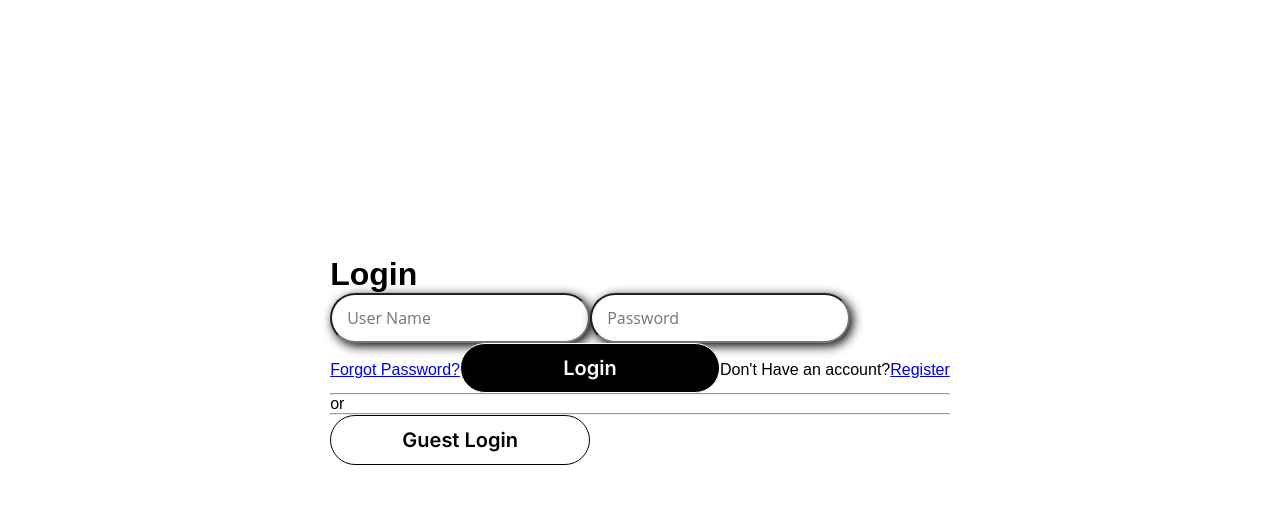
Repository: Cherced/virtualassistant
Page: /Draft
The author's editor kept a copy of each file at every save. The page is drawn from the files as they stood at one save, then again after the next save.
The browser window is 1280 px wide. The pictures show the whole page.
The project was rebuilt for these pictures with package versions that can differ from the ones it lists, and the page was loaded fresh each time. The framework's server and built-in components were replaced by stand-ins that run in the browser.

Above is the page before, as saved 2022-07-15 14:50:35.

### pages/_app.js
import '../sass/global.scss';


const MyApp = ({ Component, pageProps }) => {
    return <Component {...pageProps} />
  }


export default MyApp

### pages/_document.js
import { Html, Head, Main, NextScript } from 'next/document'

export default function Document() {

  return (
    <Html lang="en">
      <Head />
      <body>
        <Main />
        <div id="portal"></div>
        <NextScript />
      </body>
    </Html>
  )
}

### pages/Draft.jsx
import React from 'react'
import { LoginForm } from '../components/molecules/login/LoginForm'



const Draft = () => {
  return (
    <div className="Draft">
      <LoginForm/>
    </div>
  )
}

export default Draft

### sass/global.scss
@import './vars';
@import './components';
@import './pages/draft';
@import './pages/welcome';
@import './pages/welcomeS';
@import './pages/login';

### components/molecules/login/LoginForm.jsx
import React from 'react'
import Link from 'next/link'
import { BasicInput } from '../../atoms/inputs/BasicInput'
import { BasicButton } from '../../atoms/buttons/BasicButton'

export const LoginForm = () => {
    const sendUserAuth = () => {
        console.log("SEEEENDEED")
    }
  return (
    <form className="loginForm" onSubmit={()=> sendUserAuth()}>
        <h1 className="loginForm__title--h1">Login</h1>
        <div className="loginForm__inputs--container">
        <BasicInput type="text" placeholder="User Name" id="user" name="user" />
        <BasicInput type="password" placeholder="Password" id="passWord" name="passWord" />
        </div>
        <Link href="#">
        <a className="loginForm__ancord">Forgot Password?</a>
        </Link>
        <BasicButton color="black" type="submit" title="Login"/>
        <label className="loginForm__label">Don't Have an account?
        <Link href="#">
          <a className="loginForm__ancord label">Register</a>
        </Link>
          </label>
          <div className="loginForm__separator">
          <hr className="loginForm__line"/>
          <label  className="loginForm__label--or" >or</label>
          <hr className="loginForm__line"/>
        </div>
        <BasicButton color="white" type="button" title="Guest Login"/>
    </form>
  )
}

### sass/_vars.scss
@import url('https://fonts.googleapis.com/css2?family=Inter:wght@100;200;300;500;600;700;800;900&family=Roboto:ital,wght@0,100;0,300;0,400;0,500;0,700;0,900;1,100;1,300;1,400;1,500;1,700;1,900&display=swap');
@import url('https://fonts.googleapis.com/css2?family=Roboto:ital,wght@0,100;0,300;0,400;0,500;0,700;0,900;1,100;1,300;1,400;1,500;1,700;1,900&family=Ubuntu:ital,wght@0,300;0,400;0,500;0,700;1,300;1,400;1,500;1,700&display=swap');

$mainColor: black;
$mainTextColor: white;
$mainFont: 'Inter';
$subTitle: 'Roboto';


*{
    box-sizing: border-box;
    margin: 0;
    padding: 0;
    font-family: Arial, Helvetica, sans-serif;
}

### sass/_components.scss
@import './components/headers/welcomeHeader';
@import './components/carrousels/carrousel';
@import './components/buttons/nextButton';
@import './components/buttons/basicButton';
@import './components/inputs/basicInput';

### sass/components/headers/_welcomeHeader.scss
.brand {
  width: 100%;
  min-height: 500px;
  display: flex;
  background: black;
  border-radius: 0 0 100px 100px;
  box-shadow: 6px 6px 20px 3px rgba(0, 0, 0, 0.2);
  justify-content: center;
  align-items: center;

  .brand__elipse--container {
    display: none;
  }

  .brand__img {
    z-index: 2;
    object-fit: cover;
  }
}

@media screen and (min-width: 1024px) {
  .brand {
    background-repeat: no-repeat;
    background-position: center;
    background-position-y: -200px;
    border-radius: none;
    background-image: url('../../../public/img/Ellipse.png');
    background: linear-gradient(180deg, #000000, #ffffff, #7d7777, #ececec, #7b7b7b, #000000, #545454, #e1e1e1, #e1e1e1);
    background-size: 1800% 1800%;

    -webkit-animation: AnimationName 27s ease infinite;
    -moz-animation: AnimationName 27s ease infinite;
    animation: AnimationName 27s ease infinite;


  .brand__elipse--container {
    display: block;
    position: absolute;
    top: -193px;
    z-index: 1;
  }
  }


@-webkit-keyframes AnimationName {
  0%{background-position:0% 68%}
  50%{background-position:100% 33%}
  100%{background-position:0% 68%}
}
@-moz-keyframes AnimationName {
  0%{background-position:0% 68%}
  50%{background-position:100% 33%}
  100%{background-position:0% 68%}
}
@keyframes AnimationName {
  0%{background-position:0% 68%}
  50%{background-position:100% 33%}
  100%{background-position:0% 68%}
}

}

### sass/components/carrousels/_carrousel.scss
.carrousel {
    max-width: 500px;
    height: auto;
    min-width: 300px;
    overflow: hidden;

    .slider {
        position: relative;
        display: flex;
        width: 200%;
        height: 100%;
    }

    .carrousel__list {
        list-style: none;
        display: flex;
        flex-direction: column;
        width: 100%;

        .carrousel__list--item {
            width: 100%;
            display: flex;
            flex-direction: row;
            align-items: center;
            justify-content: center;

            .carrousel__item--title {
                font-family: $subTitle;
                font-style: normal;
                font-weight: 500;
                font-size: 20px;
                line-height: 24px;
                text-align: center;
                letter-spacing: 0.04em;
                margin-bottom: 30px;
            }

            .carrousel__item--parragraph {
                font-style: normal;
                font-weight: 400;
                font-size: 15px;
                line-height: 18px;
                text-align: center;
                letter-spacing: 0.04em;
                font-family: $mainFont;
                color: #0F184D;
                padding: 0 30px;
                text-align: center;
            }
        }
    }
}

### sass/components/buttons/_nextButton.scss
.button__next {
    display: flex;
    width: auto;
    min-width: 100px;
    height: 50px;
    justify-content: space-around;
    align-items: center;
    background: black;
    color: white;
    border-radius: 100px;
    padding: 0 0 0 30px;
    box-shadow: 5px 5px 10px 0px black;
    cursor: pointer;
    font-family: $mainFont;
    font-size: 16px;


    .button__next--Arrow {
        width: 50px;
        height: 50px;
        display: flex;
        align-items: center;
        justify-content: center;
        background: $mainTextColor;
        border-radius: 100px;
        margin-left: 10px;

        .next__arrow--h1 {
            padding: 10px;
            color: $mainColor;
            font-family: $mainFont;
        }
    }

}

### sass/components/buttons/_basicButton.scss
.basic__button {
    width: 260px;
    height: 50px;
    border-radius: 30px;
}

.black {
    background: black;
    border: 1px solid white;
    font-family: $mainFont;
    font-style: normal;
    font-weight: 600;
    font-size: 20px;
    line-height: 30px;
    text-align: center;
    color: #FFFFFF;
}

.white{
    background: white;
    border: 1px solid black;
    font-family: $mainFont;
    font-style: normal;
    font-weight: 600;
    font-size: 20px;
    line-height: 30px;
    text-align: center;
    color: black;
}

### sass/components/inputs/_basicInput.scss
.basicInput {
    width: 260px;
    height: 50px;
    border-radius: 30px;
    padding-left: 15px;
    box-shadow: 3px 3px 11px 0px black;
    // letter style:
    font-family: 'Open Sans';
    font-style: normal;
    font-weight: 400;
    font-size: 16px;
    line-height: 22px;
    text-align: start;
    color: #848484;

}

### sass/pages/_draft.scss

.Draft{
    display: flex;
    align-self: center;
    width: 100%;
    justify-content: center;
    height: 100vh;
    flex-direction: column;
    align-items: center;
}

### sass/pages/_welcome.scss
.welcome {
    width: 100%;
    height: 100vh;
    display: flex;
    flex-direction: column;
    align-items: center;
    box-shadow: 7px 8px 20px 7px black;
    justify-items: center;
    justify-content: space-between;

    .main__Content--welcome {
        width: 100%;
        height: 100%;
        display: flex;
        justify-content: center;
        flex-direction: column;
        align-items: center;

        .main__Content--title {
            font-family: $mainFont;
            font-style: normal;
            font-weight: 600;
            font-size: 30px;
            line-height: 18px;
            text-align: center;
            letter-spacing: 0.04em;

            color: #0F184D;
            margin: 30px 0;
        }
    }

    .NavButtons {
        display: flex;
        width: 100%;
        align-items: center;
        justify-content: space-between;
        padding: 0 30px;
        margin: 20px 0;

        .NavButtons__ancord {
            text-decoration: none;
            font-style: normal;
            font-weight: 400;
            font-size: 15px;
            line-height: 18px;
            letter-spacing: 0.04em;
            font-family: $mainFont;
            color: #000000;
        }
    }
}

### sass/pages/_welcomeS.scss
.welcomeS {
    height: 100vh;
    background: linear-gradient(333.49deg, #000000 55.66%, rgba(217, 217, 217, 0) 92.17%);
    display: flex;
    flex-direction: column;
    align-items: center;
    justify-content: space-around;

    .welcomeS__header {
        width: 100%;
        height: 50%;
        display: flex;
        align-items: center;
        justify-content: center;

        .welcomeS__header--img {
            width: 350px;
            height: 450px;
            object-fit: cover;
            border-radius: 100px 0 100px 0;
        }
    }

    .welcomeS__main {
        width: 90%;
        color: white;
        display: flex;
        align-items: center;
        justify-content: center;

        .welcomeS__main--title {
            text-align: center;
            font-family: $mainFont;
            font-style: normal;
            font-weight: 400;
            font-size: 24px;
            line-height: 29px;
            letter-spacing: 0.07em;
        }
    }
}

### sass/pages/_login.scss
.login {
    width: 100%;
    height: 100vh;
    display: flex;
    align-items: center;
    justify-content: center;
    background-image: url('../../public/img/LoginBg.png');
    background-repeat: no-repeat;
    background-size: cover;

    .loginForm {
        background: rgba(255, 255, 255, 0.77);
        box-shadow: 0px 4px 20px rgba(0, 0, 0, 0.4);
        width: 315px;
        height: 415px;
        display: flex;
        flex-direction: column;
        align-items: center;
        justify-content: center;

        .loginForm__title--h1 {
            font-style: normal;
            font-weight: 700;
            font-size: 36px;
            line-height: 54px;
            font-family: $mainFont;
            text-align: center;
            color: #000000;
        }

        .loginForm__inputs--container {
            display: flex;
            flex-direction: column;
            align-items: center;
            justify-content: space-around;
            height: 135px;
        }

        .loginForm__ancord {
            margin: 5px 0;
            width: 80%;
            font-family: $mainFont;
            font-style: normal;
            font-weight: 400;
            font-size: 16px;
            line-height: 19px;
            text-align: end;
            color: #3751EA;

        }

        .loginForm__label {
            margin: 5px 0;
            font-family: $mainFont;
            font-style: normal;
            font-weight: 400;
            font-size: 16px;
            line-height: 19px;
            text-align: end;
            color: black;
        }

        .loginForm__separator {
            width: 80%;
            display: flex;

            .loginForm__line {
                width: 50%;
                margin: 10px 5px;
                color: #000000;
            }

            .loginForm__label--or {
                color: #000000;
            }

        }


    }
}

### components/atoms/inputs/BasicInput.jsx
import React from 'react'

export const BasicInput = (props) => {
  return (
    <input className="basicInput" type={props.type} id={props.id} name={props.name} placeholder={props.placeholder}/>
  )
}

### components/atoms/buttons/BasicButton.jsx
import React from 'react'

export const BasicButton = (props) => {
  return (
    <button onSubmit={props.onSubmit} onClick={props.onClick} className={`basic__button ${props.color}`} type={props.type} aria-label={props.aria}>
      {props.title}
    </button>
  )
}

After the next save:
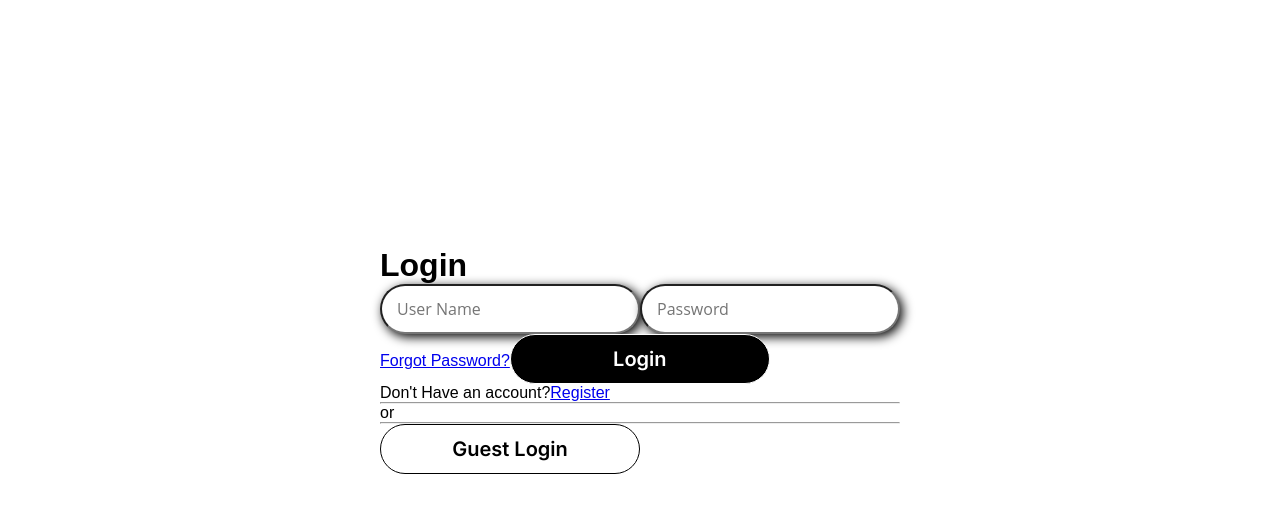
Saved 100 s later.
--- a/components/molecules/login/LoginForm.jsx
+++ b/components/molecules/login/LoginForm.jsx
@@ -18,11 +18,13 @@ export const LoginForm = () => {
         <a className="loginForm__ancord">Forgot Password?</a>
         </Link>
         <BasicButton color="black" type="submit" title="Login"/>
+        <div>
         <label className="loginForm__label">Don't Have an account?
         <Link href="#">
           <a className="loginForm__ancord label">Register</a>
         </Link>
-          </label>
+        </label>
+        </div>
           <div className="loginForm__separator">
           <hr className="loginForm__line"/>
           <label  className="loginForm__label--or" >or</label>
